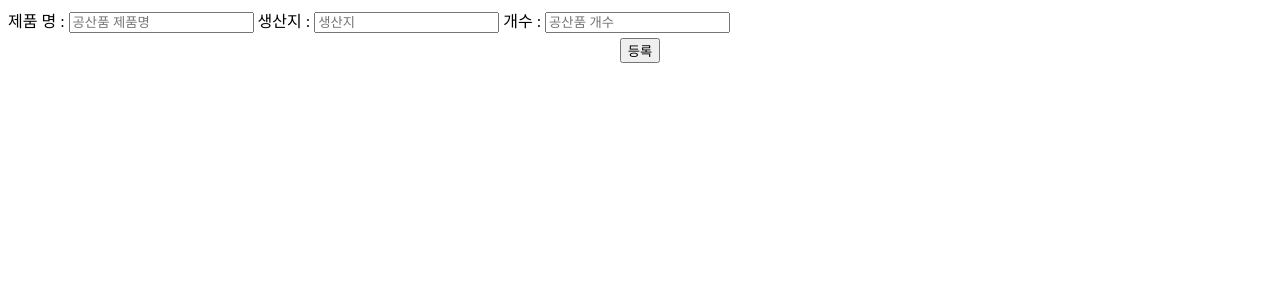
Repository: charmingjae/swproject
Page: http://localhost/board_project/product.jsp
The author's editor kept a copy of each file at every save. The page is drawn from the files as they stood at one save, then again after the next save.
The browser window is 1280 px wide. The pictures show the whole page.
The page is served by Tomcat 9.

Above is the page before, as saved 2019-09-16 15:26:04.

After the next save:
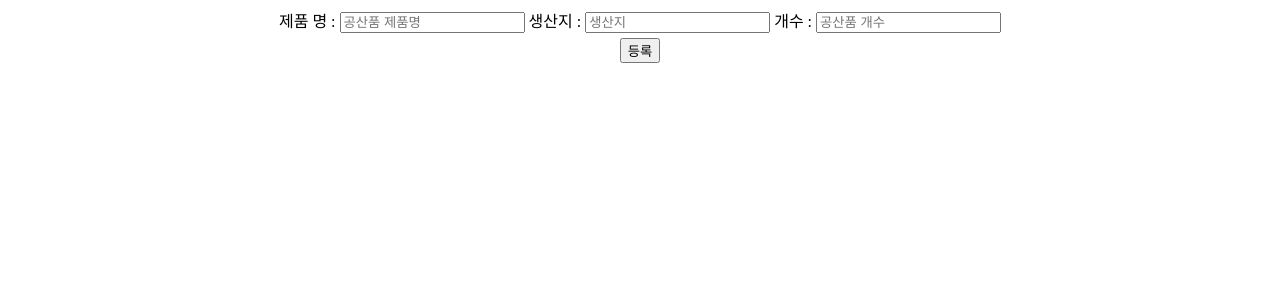
Saved 26 s later.
--- a/board_project/board_project/WebContent/product.jsp
+++ b/board_project/board_project/WebContent/product.jsp
@@ -37,7 +37,7 @@ function writeCheck()
 	</head>
  	<body>
  		<table>
-			 <form name=writeform method=post action="write_ok.jsp" style="margin:0 auto;">
+			 <center><form name=writeform method=post action="write_ok.jsp">
 			 			제품 명 : <input name="proname" placeholder="공산품 제품명"/>
 			 			생산지 : 	<input name="proloc" placeholder="생산지" />
 						개수 : 	<input name="pronumber" placeholder="공산품 개수"/>
